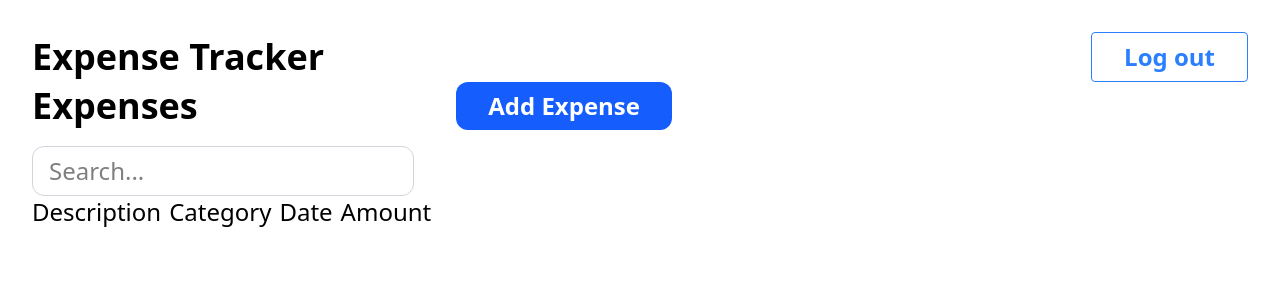
Repository: Syed-Mohsin-Ali786/frontend-expense-tracker
Page: /
These files come from the project's save history. The page is drawn as it stood at one moment and after the next save; the edit follows.
The browser window is 1280 px wide. The pictures show the whole page.
The project was rebuilt for these pictures with package versions that can differ from the ones it lists, and the page was loaded fresh each time.

Above is the page before, as saved 2025-09-28 14:19:38.

### src/App.tsx
import "./App.css";

function App() {
  return (
    <div className=" mt-4 mx-4 p-4">
      {/* Header */}
      <header className="flex items-center justify-between">
        <h1 className="text-4xl  font-semibold">Expense Tracker</h1>
        <button className=" border border-blue-500 py-2 px-3 md:px-6 lg:px-8 rounded font-semibold text-blue-500 text-2xl ">
          Log out
        </button>
      </header>

      {/* The main page */}
      <section>
        {/* Expenses */}
        <div className="flex flex-col w-[50vw] justify-between">
          <div className="flex justify-between items-center ">
          <h1 className="text-4xl  font-semibold">Expenses</h1>
          <button className=" bg-blue-600  py-2 px-3 md:px-6 lg:px-8 rounded-[12px] font-semibold text-[#ffff] text-2xl">
            Add Expense
          </button>
          </div>
          <div>
          <input type="text" placeholder="Search..."  className="py-2 px-4 text-2xl border-gray-300 border rounded-[12px] mt-4 "/>
          <div className="flex text-2xl gap-2">
            <p>Description</p>
            <p>Category</p>
            <p>Date</p>
            <p>Amount</p>
          </div>
          </div>
        </div>
        {/* Charts */}
        <div></div>
      </section>
    </div>
  );
}

export default App;

Loaded but not shown: index.html (common file); src/main.tsx (common file); src/App.css (common file)

After the next save:
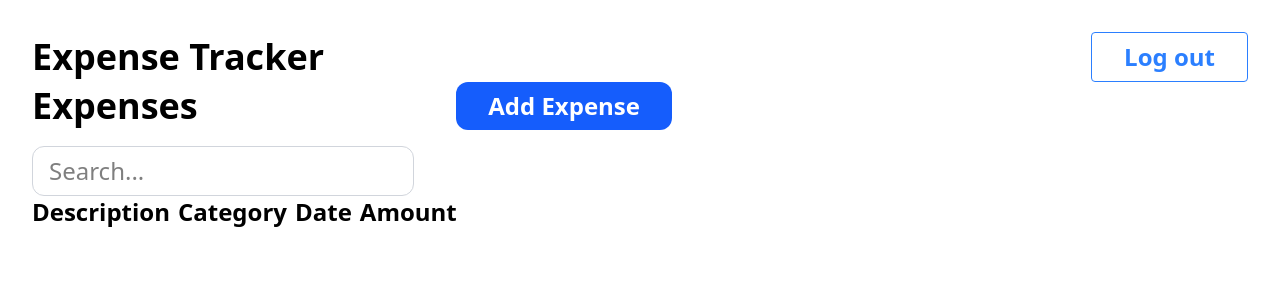
Saved 18 s later.
--- a/src/App.tsx
+++ b/src/App.tsx
@@ -23,7 +23,7 @@
           </div>
           <div>
           <input type="text" placeholder="Search..."  className="py-2 px-4 text-2xl border-gray-300 border rounded-[12px] mt-4 "/>
-          <div className="flex text-2xl gap-2">
+          <div className="flex text-2xl gap-2 font-semibold">
             <p>Description</p>
             <p>Category</p>
             <p>Date</p>

After the save that followed:
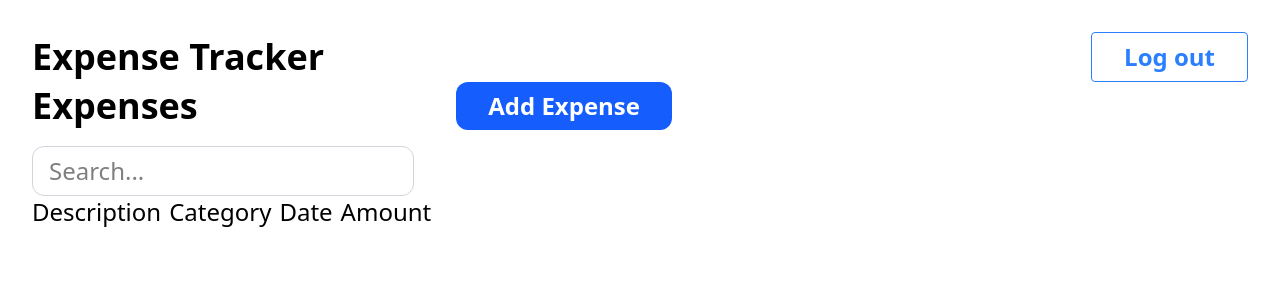
Saved 9 s later.
--- a/src/App.tsx
+++ b/src/App.tsx
@@ -23,7 +23,7 @@
           </div>
           <div>
           <input type="text" placeholder="Search..."  className="py-2 px-4 text-2xl border-gray-300 border rounded-[12px] mt-4 "/>
-          <div className="flex text-2xl gap-2 font-semibold">
+          <div className="flex text-2xl gap-2 ">
             <p>Description</p>
             <p>Category</p>
             <p>Date</p>
